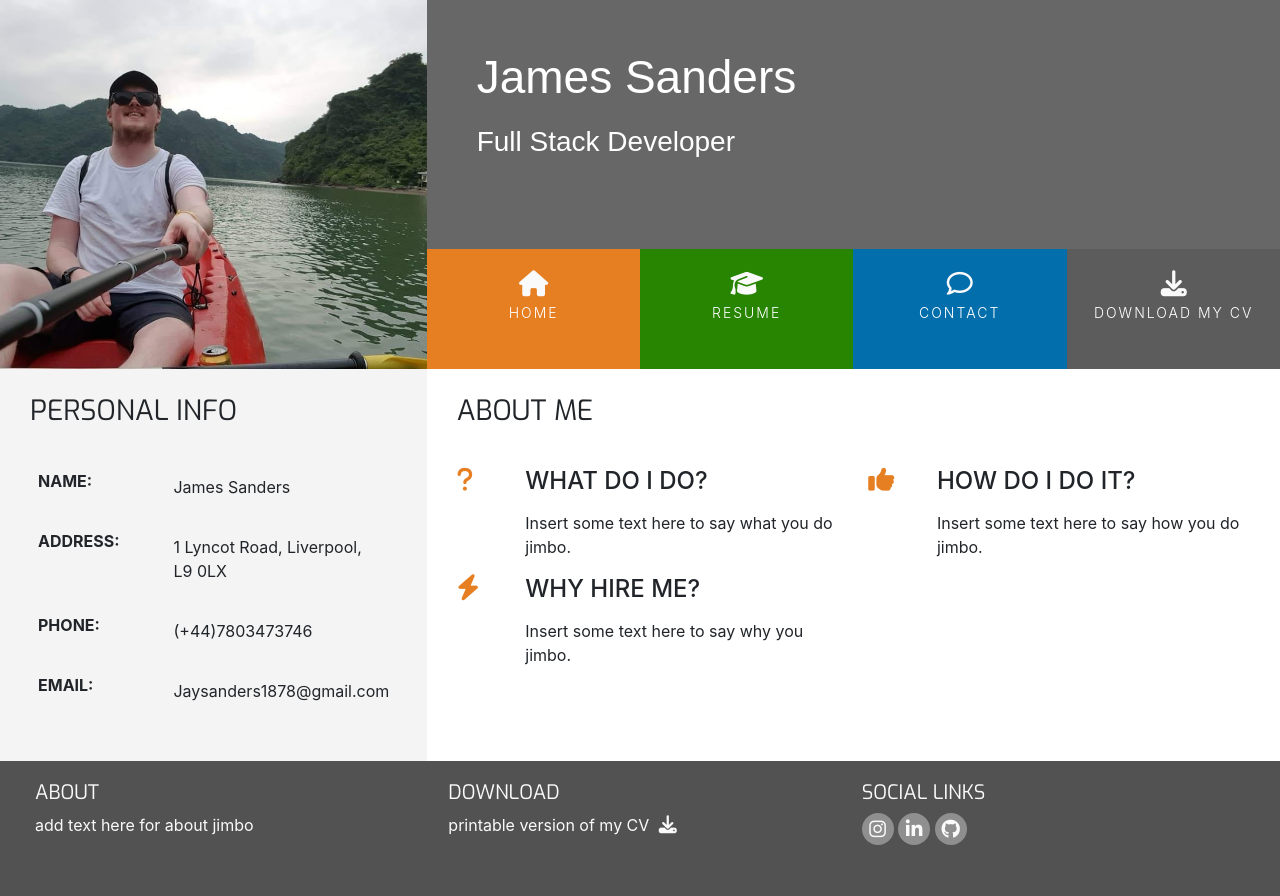
Repository: JaySanders95/my-online-resume
Page: index.html
These files come from the project's save history. The page is drawn as it stood at one moment and after the next save; the edit follows.
The browser window is 1280 px wide. The pictures show the whole page.
Some web fonts or font styles are not loaded; a fallback is used. Some web libraries are served in a nearby version.

Above is the page before, as saved 2023-04-19 21:36:51.

### index.html
<!DOCTYPE html>
<html lang="en">
<head>
    <meta charset="UTF-8">
    <meta http-equiv="X-UA-Compatible" content="IE=edge">
    <meta name="viewport" content="width=device-width, initial-scale=1.0">
    <link rel="stylesheet" href="https://cdn.jsdelivr.net/npm/@fortawesome/fontawesome-free@6.2.1/css/fontawesome.min.css" integrity="sha384-QYIZto+st3yW+o8+5OHfT6S482Zsvz2WfOzpFSXMF9zqeLcFV0/wlZpMtyFcZALm" crossorigin="anonymous">
    <link rel="stylesheet" href="https://cdn.jsdelivr.net/npm/bootstrap@4.6.2/dist/css/bootstrap.min.css" integrity="sha384-xOolHFLEh07PJGoPkLv1IbcEPTNtaed2xpHsD9ESMhqIYd0nLMwNLD69Npy4HI+N" crossorigin="anonymous">
    <link rel="stylesheet" href="assets/css/style.css">
    <link rel="stylesheet" href="https://cdnjs.cloudflare.com/ajax/libs/hover.css/2.3.1/css/hover-min.css" integrity="sha512-csw0Ma4oXCAgd/d4nTcpoEoz4nYvvnk21a8VA2h2dzhPAvjbUIK6V3si7/g/HehwdunqqW18RwCJKpD7rL67Xg==" crossorigin="anonymous" referrerpolicy="no-referrer" />
    <title>James Sanders' Resume</title>
</head>
<body>
    <header>
        <div class="row no-gutters">
            <a href="index.html" class="col-md-4 logo">

            </a>
            <div class="col-md-8">
                <div class="row bg-color-name-title no-gutters">
                    <div class="col heading">
                        <h1 class="name">James Sanders</h1>
                        <h2 class="title">Full Stack Developer</h2>

                    </div>
                </div>
                <div class="row no-gutters">
                    <div class="col">
                        <ul id="nav" class="list-inline menucontainer">
                            <li class="col-6 col-sm-3 ui-menu-color-home list-inline-item menuitem">
                                <a href="#" class="hvr-bounce-to-bottom"><i class="fa fa-home" aria-hidden="true"></i><span>Home</span></a>
                            </li>
                            <li class="col-6 col-sm-3 ui-menu-color-resume list-inline-item menuitem">
                                <a href="#" class="hvr-bounce-to-bottom"><i class="fa fa-graduation-cap" aria-hidden="true"></i><span>Resume</span></a>
                            </li>
                            <li class="col-6 col-sm-3 ui-menu-color-contact list-inline-item menuitem">
                                <a href="#" class="hvr-bounce-to-bottom"><i class="fa fa-comment-o" aria-hidden="true"></i><span>Contact</span></a>
                            </li>
                            <li class="col-6 col-sm-3 ui-menu-color-download list-inline-item menuitem">
                                <a href="#" class="hvr-bounce-to-bottom"><i class="fa fa-download" aria-hidden="true"></i><span>Download my CV</span></a>
                            </li>
                        </ul>
                    </div>
                </div>
            </div>
        </div>
    </header>
    <section class="container-fluid">
        <div class="row">
            <div class="col-md-4 bg-color-personal-info section-column">
                <div class="row">
                    <div class="col-12">
                        <h3 class="section-heading uppercase">
                            Personal Info
                        </h3>
                    </div>
                </div>
                <div class="personal-info-item">
                    <div class="key">
                        <p class="uppercase">
                            Name:
                        </p>
                    </div>
                    <div class="value">
                        <p>
                            James Sanders
                        </p>
                    </div>
                </div>
                <div class="personal-info-item">
                    <div class="key">
                        <p class="uppercase">
                            Address:
                        </p>
                    </div>
                    <div class="value">
                        <p>
                            1 Lyncot Road, Liverpool, L9 0LX
                        </p>
                    </div>
                </div>
                <div class="personal-info-item">
                    <div class="key">
                        <p class="uppercase">
                            Phone:
                        </p>
                    </div>
                    <div class="value">
                        <p>
                            (+44)7803473746
                        </p>
                    </div>
                </div>
                <div class="personal-info-item">
                    <div class="key">
                        <p class="uppercase">
                            Email:
                        </p>
                    </div>
                    <div class="value">
                        <p>
                            Jaysanders1878@gmail.com
                        </p>
                    </div>
                </div>
            </div>
            <div class="col-md-8 bg-color-three-reasons section-column">
                <div class="row">
                    <div class="col">
                        <h3 class="section-heading uppercase">About Me</h3>
                    </div>
                </div>
                <div class="row">
                    <div class="col-10 offset-1 offset-sm-0 col-sm-4 col-md-6">
                        <div class="row">
                            <div class="col-2">
                                <i class="three-reasons-icon fa fa-question" aria-hidden="true"></i>
                            </div>
                            <div class="col-10">
                                <h4 class="three-reasons-heading uppercase">What do i do?</h4>
                                <p>
                                    Insert some text here to say what you do jimbo.
                                </p>
                            </div>
                        </div>
                    </div>
                    <div class="col-10 offset-1 offset-sm-0 col-sm-4 col-md-6">
                        <div class="row">
                            <div class="col-2">
                                <i class="three-reasons-icon fa fa-thumbs-up" aria-hidden="true"></i>
                            </div>
                            <div class="col-10">
                                <h4 class="three-reasons-heading uppercase">How do I do it?</h4>
                                <p>
                                    Insert some text here to say how you do jimbo.
                                </p>
                            </div>
                        </div>
                    </div>
                    <div class="col-10 offset-1 offset-sm-0 col-sm-4 col-md-6">
                        <div class="row">
                            <div class="col-2">
                                <i class="three-reasons-icon fa fa-bolt" aria-hidden="true"></i>
                            </div>
                            <div class="col-10">
                                <h4 class="three-reasons-heading uppercase">Why hire me?</h4>
                                <p>
                                    Insert some text here to say why you jimbo.
                                </p>
                            </div>
                        </div>
                    </div>
                </div>
            </div>
        </div>

    </section>
    <footer class="container-fluid">
        <div id="footer-details" class="row">
            <div class="col-sm-4">
                <h5 class="uppercase general-sub">About</h5>
                <p class="inline-block"> add text here for about jimbo</p>
            </div>
            <div class="col-sm-4">
                <h5 class="uppercase general-sub">Download</h5>
                <p class="inline-block"> printable version of my CV</p>
                <a href="#" target="_blank" class="cv-pdf">
                    <i class="fa fa-download" aria-hidden="true"></i>
                    <span class="sr-only">Download link.</span>
                </a>
            </div>
            <div class="col-sm-4">
                <h5 class="uppercase general-sub">Social links</h5>
                <ul class="list-inline social-links">
                    <li class="list-inline-item">
                        <a target="_blank" href="#">
                            <i class="fa fa-instagram"></i>
                            <span class="sr-only">Instagram</span>
                        </a>
                    </li>
                    <li class="list-inline-item">
                        <a target="_blank" href="#">
                            <i class="fa fa-linkedin"></i>
                            <span class="sr-only">LinkedIn</span>
                        </a>
                    </li>
                    <li class="list-inline-item">
                        <a target="_blank" href="#">
                            <i class="fa-brands fa-github"></i>
                            <span class="sr-only">GitHub</span>

                        </a>
                    </li>
                </ul>
            </div>
        </div>

    </footer>
    <script src="https://kit.fontawesome.com/c80cd6a143.js" crossorigin="anonymous"></script>
</body>
</html>

### assets/css/style.css
@import url('https://fonts.googleapis.com/css2?family=Anuphan:100,200,300,400,500,600,700wght@300&family=Exo:100,200,300,400,500,600,700ital,wght@1,300&display=swap');


/* ------- Colours ---------*/

.bg-color-name-title {
    background-color:#676767;
}

.bg-color-three-reasons {
    background-color: #fff;
}

.bg-color-personal-info {
    background-color:#f4f4f4;
}

.ui-menu-color-home {
    background-color: #e67e22;
}

.ui-menu-color-resume {
    background-color: #278502;
}

.ui-menu-color-contact {
    background-color: #036eac;
}

.ui-menu-color-download {
    background-color: #5c5c5c;
}

/* ------- Special paddings/margins/text ---------*/

h1,h2,h3,h4 {
    margin: 0;
}

.uppercase {
    text-transform: uppercase;
}

.general-sub {
    font-family: 'Exo', sans-serif;
    font-weight: 300;
    color: #fafafa;
}

.inline-block {
    display: inline-block;
}

.row-table {
    display: table;

}
.section-column {
    display: table-cell;
    padding: 0 30px 30px;
    float: none;
}

.section-heading {
    font-family: 'Exo', sans-serif;
    font-weight: 300;
    margin-top: 25px;
    margin-bottom: 40px;
}

/* ------- Headers ---------*/
header {
    margin: 0;
}

.heading {
    margin-left: 50px;
}

.logo {
    background: url(../images/me.png);
    background-position: center;
    background-repeat: no-repeat;
    background-size: cover;
    min-height: 360px;
    transition: all .5s ease-in-out;
    -moz-transition: all .5s ease-in-out;
    -webkit-transition: all .5s ease-in-out;
}

.name {
    font-family: 'Anuphan', sans-serif;
    font-weight: 100;
    font-size: 46px;
    margin-top: 50px;
    color: #fff;
}

.title {
    font-family: 'Anuphan', sans-serif;
    font-weight: 200;
    font-size: 28px;
    margin-top: 20px;
    margin-bottom: 90px;
    color: #fff;
}

.list-inline-item:not(:last-child) {
    margin: 0;
}

.menucontainer {
    font-size: 0;
}

#nav li {
    font-size: 14px;
    padding: 0;
}

#nav {
    margin: 0;
}

.menuitem {
    height: 120px;
    text-align: center;
    padding: 0;

}

.menuitem a {
    width: 100%;
    text-decoration: none;
    color: #fff;
    height: 120px;
}

.menuitem a i {
    display: block;
    padding-top: 22px;
    color: #fafafa;
    font-size: 26px;
}

.menuitem span {
    display: block;
    width: 100%;
    padding-top: 5px;
    text-align: center;
    text-transform: uppercase;
    font-size: 14px;
    font-weight: 300;
    letter-spacing: 2px;
}

/* ------- Hover.css ---------*/

.hvr-bounce-to-bottom:before {
    background: rgba(0, 0, 0, 0.3) !important;
    height: 120px;

}

/* ------- Footer ---------*/

footer {
    background-color: #525252;
    color: #fafafa;
    min-height: 120px;
}

.cv-pdf i {
    font-size: 18px;
    color: #fafafa;
    text-align: center;
    padding-left: 5px;
    transition: all 0.35s ease-in-out;
    -moz-transition: all 0.35s ease-in-out;
    -webkit-transition: all 0.35s ease-in-out;
    -o-transition: all 0.35s ease-in-out;
}

.cv-pdf i:hover {
    color: #e84610;
}

.social-links {
    padding-bottom: 15px;
}

.social-links li a i {
    width: 32px;
    height: 32px;
    padding: 7px 0;
    border-radius: 50%;
    font-size: 19px;
    text-align: center;
    color: #fafafa;
    background: #8f8f8f;
    transition: all 0.35s ease-in-out;
    -moz-transition: all 0.35s ease-in-out;
    -webkit-transition: all 0.35s ease-in-out;
    -o-transition: all 0.35s ease-in-out;
}

.social-links li a i:hover {
    background-color: #e84610;
}

#footer-details {
    padding: 20px;
}

/* ------- 3 Reasons ---------*/

.three-reasons-icon {
    font-size: 26px;
    color: #e67e22;
}

.three-reasons-heading {
    margin-bottom: 15px;
}

/* ------- Personal Info ---------*/

.personal-info-item {
    margin-bottom: 20px;
    display: block;
    clear: both;
}

.personal-info-item .key,
.personal-info-item .value {
    padding: 8px;
    display: inline-block;

}

.personal-info-item .key p,
.personal-info-item .value p {
    margin: 0;
}

.personal-info-item .key {
    width: 30%;
    margin-right: 21px;
    padding-top: 2px;
    vertical-align: top;
}

.personal-info-item .key p {
    font-weight: 700;


}

.personal-info-item .value {
    position: relative;
    width: 60%;

}

After the next save:
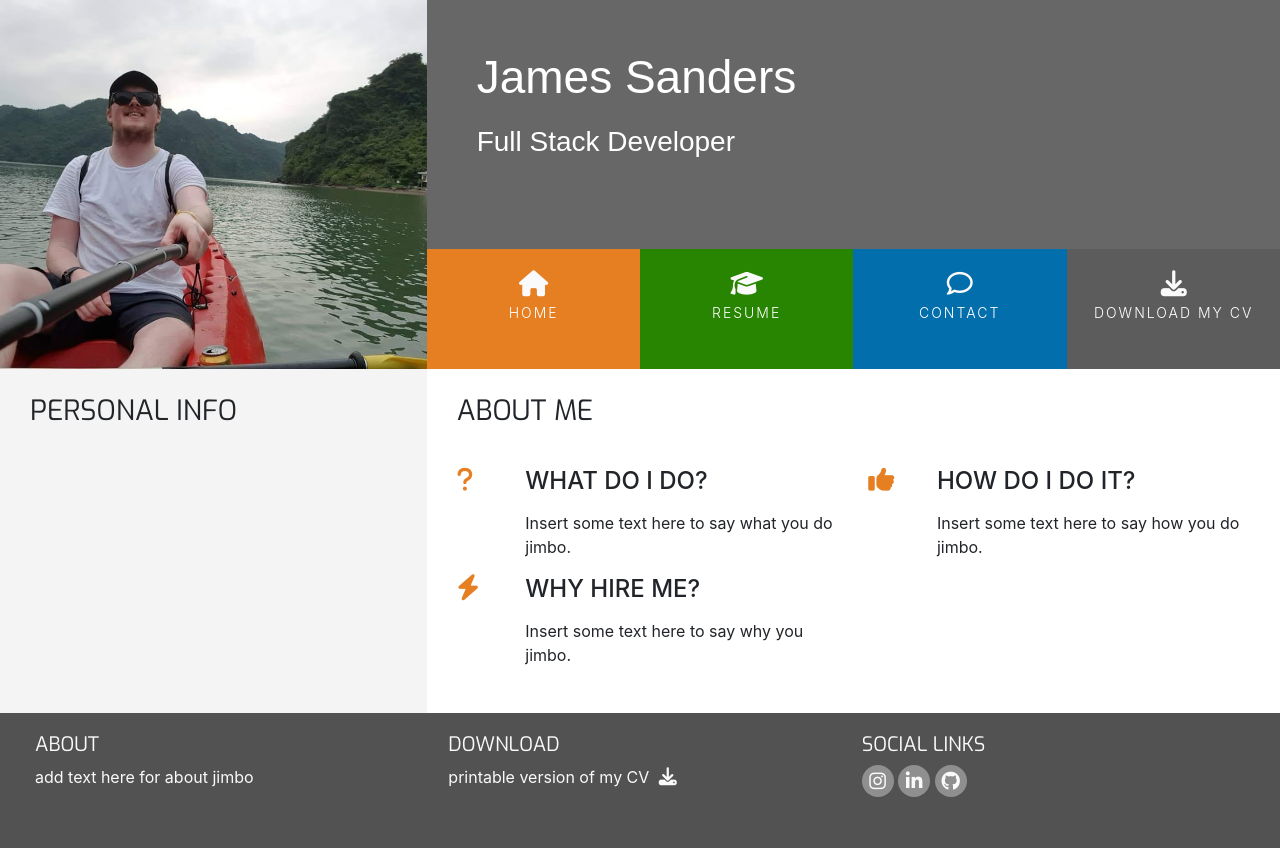
Saved 57 s later.
--- a/index.html
+++ b/index.html
@@ -55,54 +55,7 @@
                         </h3>
                     </div>
                 </div>
-                <div class="personal-info-item">
-                    <div class="key">
-                        <p class="uppercase">
-                            Name:
-                        </p>
-                    </div>
-                    <div class="value">
-                        <p>
-                            James Sanders
-                        </p>
-                    </div>
-                </div>
-                <div class="personal-info-item">
-                    <div class="key">
-                        <p class="uppercase">
-                            Address:
-                        </p>
-                    </div>
-                    <div class="value">
-                        <p>
-                            1 Lyncot Road, Liverpool, L9 0LX
-                        </p>
-                    </div>
-                </div>
-                <div class="personal-info-item">
-                    <div class="key">
-                        <p class="uppercase">
-                            Phone:
-                        </p>
-                    </div>
-                    <div class="value">
-                        <p>
-                            (+44)7803473746
-                        </p>
-                    </div>
-                </div>
-                <div class="personal-info-item">
-                    <div class="key">
-                        <p class="uppercase">
-                            Email:
-                        </p>
-                    </div>
-                    <div class="value">
-                        <p>
-                            Jaysanders1878@gmail.com
-                        </p>
-                    </div>
-                </div>
+
             </div>
             <div class="col-md-8 bg-color-three-reasons section-column">
                 <div class="row">
